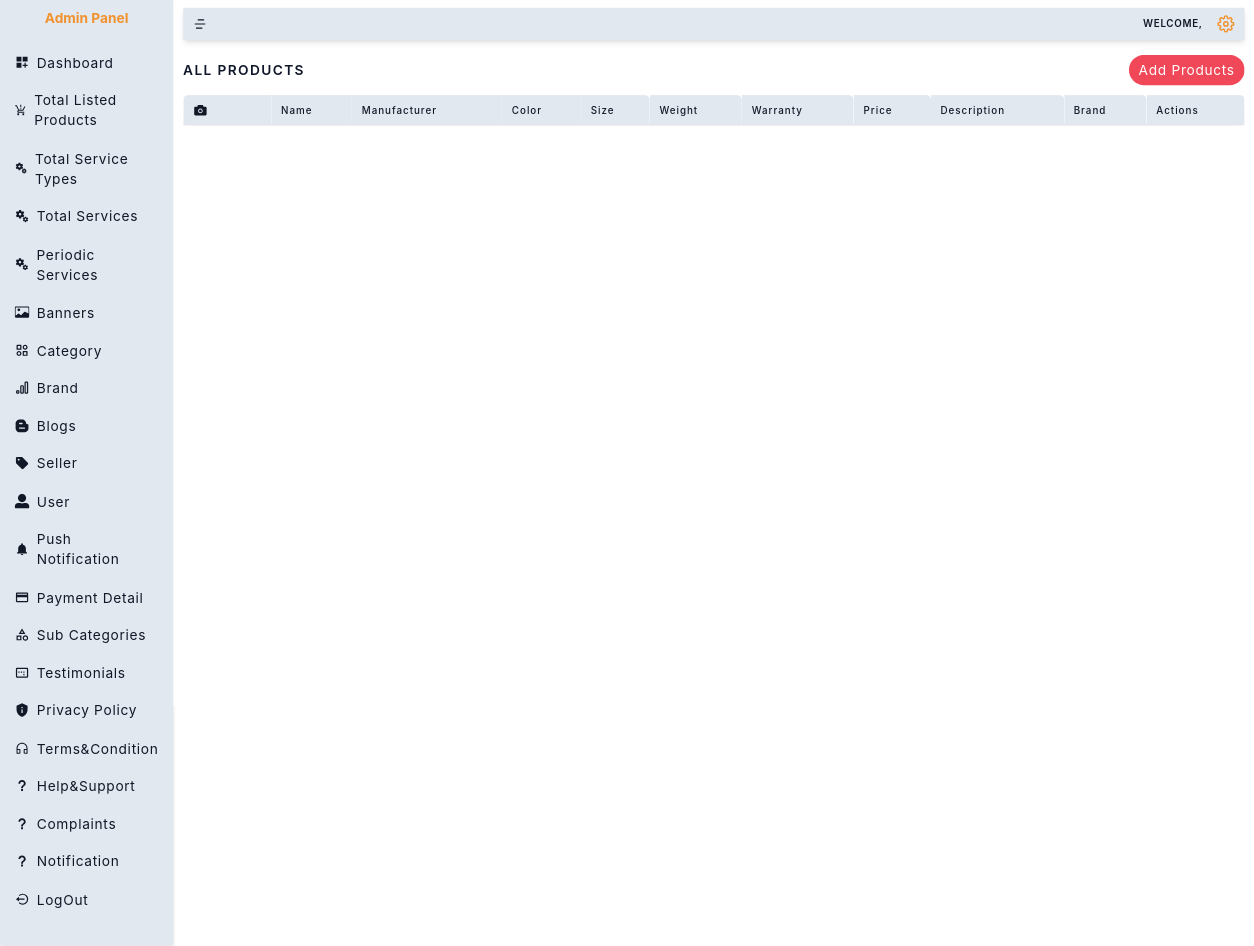
Repository: rohit0915/Mr-Arun-Chauhan-Admin-Panel
Page: /products
The author's editor kept a copy of each file at every save. The page is drawn from the files as they stood at one save, then again after the next save.
The browser window is 1280 px wide. The pictures show the whole page, at 98% of full size.
The page's requests for data from a server got no answer. The project was rebuilt for these pictures with package versions that can differ from the ones it lists, and the page was loaded fresh each time. No one was signed in, and anything a server would have sent is missing. Also part of the build but not shown: src/components/forms/Login.jsx, src/components/pages/Dashboard.jsx, src/components/pages/categories/Categories.jsx, src/components/pages/subcategories/SubCategories.jsx, src/components/pages/manageprofiles/ManageProfiles.jsx, src/components/pages/banner/Banner.jsx, src/components/pages/gallary/Gallary.jsx, src/components/pages/booking/Booking.jsx and 81 more.

Above is the page before, as saved 2022-11-24 14:19:19.

### public/index.html
<!DOCTYPE html>
<html lang="en">
  <head>
    <meta charset="utf-8" />
    <!-- <link rel="icon" href="%PUBLIC_URL%/favicon.png" /> -->
    <meta name="viewport" content="width=device-width, initial-scale=1" />
    <meta name="theme-color" content="#000000" />
    <meta
      name="description"
      content="Web site created using create-react-app"
    />
    <link rel="apple-touch-icon" href="%PUBLIC_URL%/favicon.ico?v=2" />

    <link rel="manifest" crossorigin="use-credentials" href="%PUBLIC_URL%/manifest.json" />

    <title>Direct Admin</title>
      <link rel="stylesheet" href="https://maxcdn.bootstrapcdn.com/bootstrap/3.4.1/css/bootstrap.min.css">
      <script src="https://ajax.googleapis.com/ajax/libs/jquery/3.6.0/jquery.min.js"></script>
      <script src="https://maxcdn.bootstrapcdn.com/bootstrap/3.4.1/js/bootstrap.min.js"></script>
  </head>
  <body>
    <noscript>You need to enable JavaScript to run this app.</noscript>
    <div id="root"></div>
    <script src="https://code.jquery.com/jquery-3.6.0.min.js"></script>
  </body>
</html>

### src/index.css
@tailwind base;
@tailwind components;
@tailwind utilities;

body {
  margin: 0;
  font-family: -apple-system, BlinkMacSystemFont, "Segoe UI", "Roboto", "Oxygen",
    "Ubuntu", "Cantarell", "Fira Sans", "Droid Sans", "Helvetica Neue",
    sans-serif;
  -webkit-font-smoothing: antialiased;
  -moz-osx-font-smoothing: grayscale;
}

code {
  font-family: source-code-pro, Menlo, Monaco, Consolas, "Courier New",
    monospace;
}

/* Wcomponents */
.wcomp::-webkit-scrollbar {
  width: 0px;
}
::-webkit-scrollbar {
  width: 0px;
}


.main-card--container{
  display : grid ;
  grid-template-columns: repeat(3 , minmax(300px , 500px));
  grid-gap: 50px;
  justify-content: space-around;
}
.main-card--container2{
  display : grid ;
  grid-template-columns: repeat(2 , minmax(600px , 800px));
  grid-gap: 50px;
  justify-content: space-around;
}
.card-container{
  margin : 25px 0 auto ;
  position  : relative ;
  display: grid;
  grid-template-columns: 1fr;
  justify-content: space-around;
  align-items:flex-start;
  border: 1px solid black;
  padding: 10px;
  box-shadow: 0 4px 8px 0 rgba(0, 0, 0, 0.2), 0 6px 20px 0 rgba(0, 0, 0, 0.19);
  /* height: 400px; */


}

.BannerImg{
 width: 100%;
 height: 300px;

}

.brandLeft {
  width:  60%;
  /* border-right: 1px solid black; */
}

.PamentSelect{
  margin-top: 5%;
  border-bottom: 1px solid black;
  outline: none;
  width: 80%;
  font-size: 1.6rem;
}

### src/components/BaseUrl.jsx
import React from "react";

const BaseUrl = () => {
  return "https://amol-home-foodie.herokuapp.com";
};

export default BaseUrl;


//https://amol-home-foodie.herokuapp.com/

### src/components/layout/HOC.jsx
/** @format */

import React, { useState } from "react";
import Navbar from "./Navbar";
import Sidebar from "./Sidebar";

const HOC = (Wcomponenet) => {
  return function Component() {
    const [hamb, setHamb] = useState(false);
    return (
      <>
        <section className="flex overflow-x-hidden">
          {/* Sidebar */}
          <div
            className={
              hamb
                ? " absolute top-0 z-30 md:w-auto shadow-md bg-slate-200  w-60 transition-all md:-left-full left duration-150  h-auto  left-0 "
                : " md:w-72 z-30 bg-slate-200  shadow-md  md:static absolute top-0 -left-full  h-auto transition-all duration-150 "
            }
          >
            <Sidebar hamb={hamb} setHamb={setHamb} />
          </div>
          {/* Components & Navbar */}
          <div
            className={
              hamb
                ? " transition-all px-4 py-2  bg-white duration-150 w-full h-screen"
                : " w-full h-screen  px-4 py-2  bg-white z-50 transition-all duration-150 "
            }
          >
            <Navbar hamb={hamb} setHamb={setHamb} />
            <div className="my-6 text-white h-[87%] wcomp overflow-y-auto">
              <Wcomponenet />
            </div>
          </div>
        </section>
      </>
    );
  };
};

export default HOC;

### src/vendorPanel/components/Auth.jsx
const token = localStorage.getItem("directVendor");

const auth = {
  headers: {
    Authorization: `Bearer ${token}`,
  },
};

export default auth;

### src/components/pages/Notify/notify.css
*{
    margin: 0;
    padding: 0;
}

#sendMsghead{
    color: black;
    font-size: 2.5rem;
    margin-left: 2%;
    margin-top: 2%;
}

.sendMsg{
    margin-top: 4%;
    color: black;
    margin-left: 5%;
}

textarea{
    color: black;
    width: 40%;
    outline: none;
    padding: 10px;
    border: 1px solid black;
    background-color: #ebeff3;
    border-radius: 10px;
}

#sendMsgBtn{
    border: 1px solid #478ee1;
    width: 20%;
    text-align: center;
    margin-top: 1%;
    color: #478ee1;
    transition: 0.5s;
    font-size: 2rem;
    border-radius: 50px;
    padding: 5px;
    box-shadow: rgba(0, 0, 0, 0.35) 0px 5px 15px;


}

#sendMsgBtn:hover{
    background-color: #478ee1;
    color: white;

}

### src/components/layout/Navbar.jsx
import { RiMenu4Line } from "react-icons/ri";
import { BiLogOutCircle } from "react-icons/bi";
import { useNavigate } from "react-router-dom";
import { toast } from "react-toastify";
import { Fragment } from "react";
import { Menu, Transition } from "@headlessui/react";
import { FiSettings } from "react-icons/fi";
import { IoMdClose } from "react-icons/io";
import { useState } from "react";

const Navbar = ({ hamb, setHamb }) => {
  const navigate = useNavigate();
  const [popup, setPopup] = useState(false);

  const func = () => {
    localStorage.removeItem("Shaft");
    navigate("/");
    toast.success("Log-Out ");
  };

  function classNames(...classes) {
    return classes.filter(Boolean).join(" ");
  }

  const adminName = localStorage.getItem("adminName");
  return (
    <>
      <section
        className={
          popup
            ? "fixed top-0 left-0 wcomp bg-[rgb(0,0,0,0.5)] transition-all duration-150 w-full flex justify-center items-center overflow-y-auto  h-screen "
            : "hidden"
        }
      >
        <div className="bg-slate-100 sm:h-[40vh] h-[10vh] overflow-y-auto  lg:w-3/6  md:w-4/6 w-5/6 mx-auto  rounded-lg">
          <div className="flex sticky top-0 py-3 px-5 bg-slate-100 justify-between">
            <span className=" font-semibold text-[rgb(241,146,46)] relative">
              Settings
            </span>
            <div className="text-[rgb(241,146,46)] py-0.5 text-2xl cursor-pointer font-medium tracking-wider">
              <IoMdClose
                onClick={() => {
                  setPopup(false);
                }}
              />{" "}
            </div>
          </div>

          <form
            className="grid  grid-cols-1 gap-x-7 gap-y-4 p-4"
            // onSubmit={addBanner}
          >
            <div className="inline-flex  w-full flex-col">
              <label
                htmlFor="name"
                className="text-gray-800 mb-1.5 tracking-wider font-semibold text-sm"
              >
                Name
              </label>
              <input
                id="name"
                required
                type="text"
                name="name"
                // value={name}
                // onChange={(e) => setName(e.target.value)}
                placeholder=""
                className=" text-gray-800 tracking-wider text-sm rounded-full py-1 px-2 outline-[rgb(241,146,46)]"
              />
            </div>
            <div className="inline-flex  w-full flex-col">
              <label
                htmlFor="name"
                className="text-gray-800 mb-1.5 tracking-wider font-semibold text-sm"
              >
                Password
              </label>
               <input
                id="name"
                required
                type="password"
                name="name"
                placeholder=""
                // onChange={(e) => setImage(e.target.files[0])}
                // onChange={() => {}}
                className=" text-gray-800 tracking-wider text-sm rounded-full py-1 px-2 outline-[rgb(241,146,46)]"
              />
            </div>

            <button
              type="submit"
              value="Add"
              className="bg-[rgb(241,146,46)] cursor-pointer w-40 hover:bg-[rgb(241,146,46)] py-1 rounded-full"
            >
              Add{" "}
            </button>
          </form>
        </div>
      </section>
      <div
        className={
          hamb
            ? "flex  w-full justify-between  my-1 rounded-sm  p-4 py-3 shadow-md items-center  bg-slate-200 space-x-4"
            : "flex  w-full justify-between my-1 rounded-sm  p-4 py-3 shadow-md items-center  bg-slate-200 space-x-4"
        }
      >
        <RiMenu4Line
          onClick={() => setHamb(!hamb)}
          className="text-2xl font-bold text-gray-900 hover:scale-90 cursor-pointer"
        />

        {/* Profile */}
        <section className="flex sm:ml-auto justify-end sm:w-full items-center space-x-2  pr-2">
          <figcaption className="tracking-wider pl-1 font-semibold">
            <div className="lg:text-base text-sm text-gray-900  uppercase">
              Welcome,<strong>{adminName}</strong>
            </div>
          </figcaption>
        </section>

        {/* Logout Btn */}
        <FiSettings
          onClick={() => setPopup(!popup)}
          className="text-2xl sm:text-3xl font-bold text-[rgb(241,146,46)] cursor-pointer"
        />
      </div>
    </>
  );
};

export default Navbar;

### src/components/layout/Sidebar.jsx
/** @format */

import React from "react";
import { RiCloseLine } from "react-icons/ri";
import { Link, useNavigate } from "react-router-dom";
import { BsCardImage } from "react-icons/bs";
import { MdPrivacyTip } from "react-icons/md";
import { BiCategoryAlt } from "react-icons/bi";
import { BiLogOutCircle } from "react-icons/bi";
import { AiOutlineCustomerService } from "react-icons/ai";
import { TbBrandGoogleAnalytics } from "react-icons/tb";
import { FaBloggerB, FaUserAlt } from "react-icons/fa";

import {
  MdDashboardCustomize,
  MdOutlineProductionQuantityLimits,
  MdSell,
  MdMiscellaneousServices,
  MdPayment,
  MdOutlineCategory,
  MdImageAspectRatio,
} from "react-icons/md";

import { IoMdNotifications, IoMdHelp } from "react-icons/io";

const Sidebar = ({ hamb, setHamb }) => {
  const nav = [
    {
      icon: <MdDashboardCustomize className="text-2xl mr-3 " />,
      link: "/dashboard",
      name: "Dashboard",
    },

    {
      icon: <MdOutlineProductionQuantityLimits className="text-2xl mr-3 " />,
      link: "/products",
      name: " Total Listed Products",
    },
    {
      icon: <MdMiscellaneousServices className="text-2xl mr-3 " />,
      link: "/total-services",
      name: " Total Service Types",
    },
    {
      icon: <MdMiscellaneousServices className="text-2xl mr-3 " />,
      link: "/services",
      name: " Total Services",
    },
    {
      icon: <MdMiscellaneousServices className="text-2xl mr-3 " />,
      link: "/periodicService",
      name: " Periodic Services",
    },
    {
      icon: <BsCardImage className="text-2xl mr-3  " />,
      link: "/gallary",
      name: "Banners",
    },
    {
      icon: <BiCategoryAlt className="text-2xl mr-3  " />,
      link: "/cat",
      name: "Category",
    },
    {
      icon: <TbBrandGoogleAnalytics className="text-2xl mr-3  " />,
      link: "/brand",
      name: "Brand",
    },
    {
      icon: <FaBloggerB className="text-2xl mr-3  " />,
      link: "/blog",
      name: "Blogs",
    },
    {
      icon: <MdSell className="text-2xl mr-3  " />,
      link: "/sellor",
      name: "Seller",
    },
    {
      icon: <FaUserAlt className="text-2xl mr-3  " />,
      link: "/user",
      name: "User",
    },
    {
      icon: <IoMdNotifications className="text-2xl mr-3  " />,
      link: "/notify",
      name: "Push Notification",
    },
    {
      icon: <MdPayment className="text-2xl mr-3  " />,
      link: "/detail",
      name: "Payment Detail",
    },
    {
      icon: <MdOutlineCategory className="text-2xl mr-3  " />,
      link: "/subCat",
      name: "Sub Categories",
    },
    {
      icon: <MdImageAspectRatio className="text-2xl mr-3  " />,
      link: "/testimon",
      name: "Testimonials",
    },
    {
      icon: <MdPrivacyTip className="text-2xl mr-3  " />,
      link: "/privacyPolicy",
      name: "Privacy Policy",
    },
    {
      icon: <AiOutlineCustomerService className="text-2xl mr-3  " />,
      link: "/termsandcondition",
      name: "Terms&Condition",
    },
    {
      icon: <IoMdHelp className="text-2xl mr-3  " />,
      link: "/support",
      name: "Help&Support",
    },
    {
      icon: <IoMdHelp className="text-2xl mr-3  " />,
      link: "/complaint",
      name: "Complaints",
    },
    {
      icon: <IoMdHelp className="text-2xl mr-3  " />,
      link: "/vendorNotify",
      name: "Notification",
    },
  ];
  const navigate = useNavigate();

  const log = () => {
    localStorage.removeItem("token");
    navigate("/");
  };
  return (
    <>
      <aside className="p-4">
        {/* Top */}
        <div className="w-full md:hidden relative  p-2 mb-4">
          <RiCloseLine
            onClick={() => setHamb(!hamb)}
            className="text-3xl  absolute top-2 sm:hover:rotate-[228deg] transition-transform font-bold right-2 sm:hover:text-[22px] text-[rgb(241,146,46)] cursor-pointer"
          />
        </div>
        {/* Logo */}
        <figure className="flex  flex-col items-center">
          <span className="font-bold text-[rgb(241,146,46)]">
            {/* <img src={image} className="h-24" /> */}
            <h2>Admin Panel</h2>
          </span>
        </figure>
        {/* Nav-menu */}
        <nav className="py-6">
          {nav.map((nav) => {
            return (
              <Link to={nav.link} key={nav.name} className="">
                <span className="flex my-3 items-center cursor-pointer text-gray-900    tracking-wider p-2 rounded-sm">
                  {nav.icon} {nav.name}
                </span>
              </Link>
            );
          })}
          <span
            className="flex my-3 items-center cursor-pointer text-gray-900    tracking-wider p-2 rounded-sm"
            onClick={() => log()}
          >
            <BiLogOutCircle className="text-2xl mr-3  " /> LogOut
          </span>
        </nav>
      </aside>
    </>
  );
};

export default Sidebar;

Loaded but not shown: tailwind.config.js (common file); src/App.js (235 lines, source omitted); src/index.js (15 lines, source omitted); src/components/pages/products/Products.jsx (570 lines, source omitted)

After the next save:
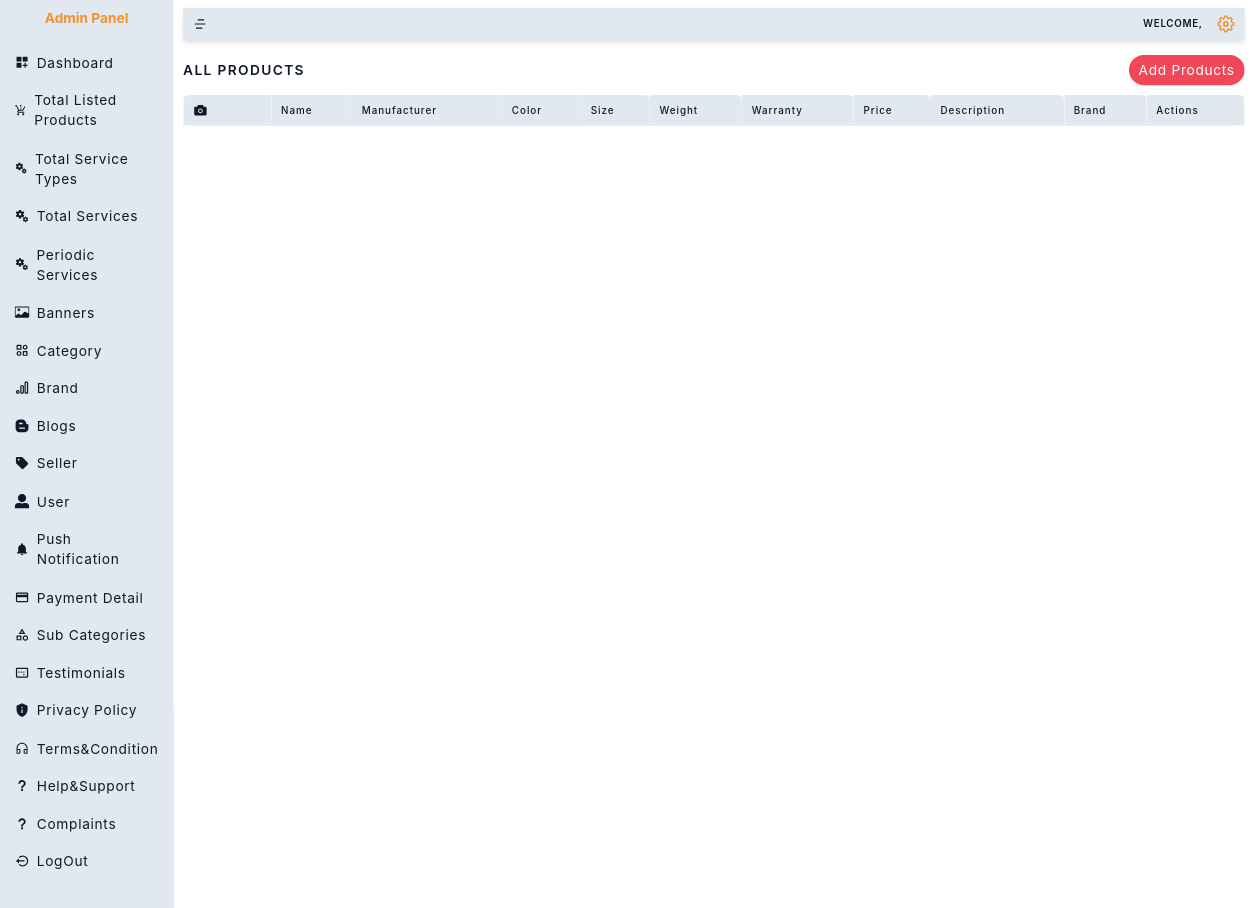
Saved 46 s later.
--- a/src/components/layout/Sidebar.jsx
+++ b/src/components/layout/Sidebar.jsx
@@ -121,11 +121,7 @@
       link: "/complaint",
       name: "Complaints",
     },
-    {
-      icon: <IoMdHelp className="text-2xl mr-3  " />,
-      link: "/vendorNotify",
-      name: "Notification",
-    },
+
   ];
   const navigate = useNavigate();
 

After the save that followed:
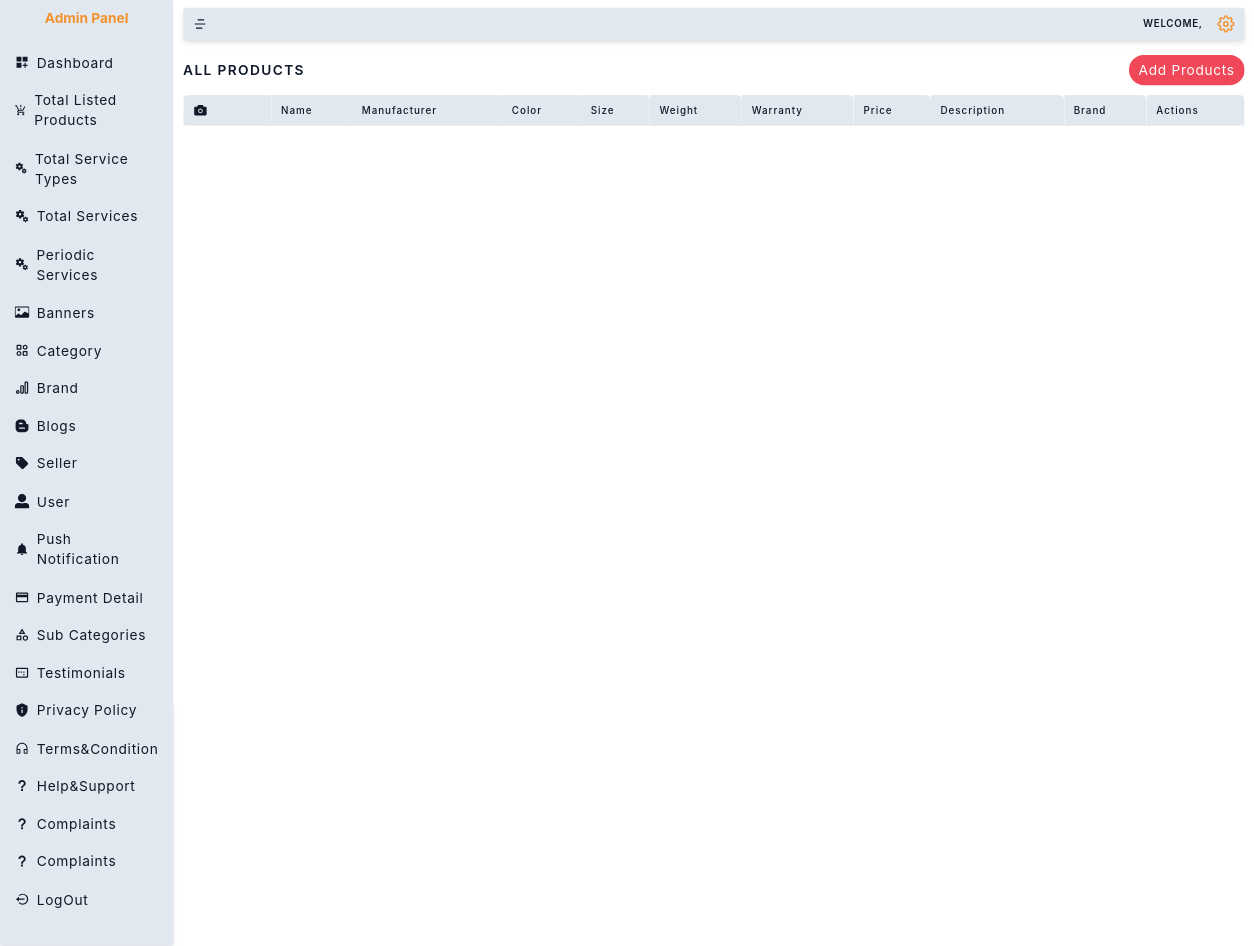
Saved 12 s later.
--- a/src/components/layout/Sidebar.jsx
+++ b/src/components/layout/Sidebar.jsx
@@ -122,6 +122,12 @@
       name: "Complaints",
     },
 
+    {
+      icon: <IoMdHelp className="text-2xl mr-3  " />,
+      link: "/complaint",
+      name: "Complaints",
+    },
+
   ];
   const navigate = useNavigate();
 
